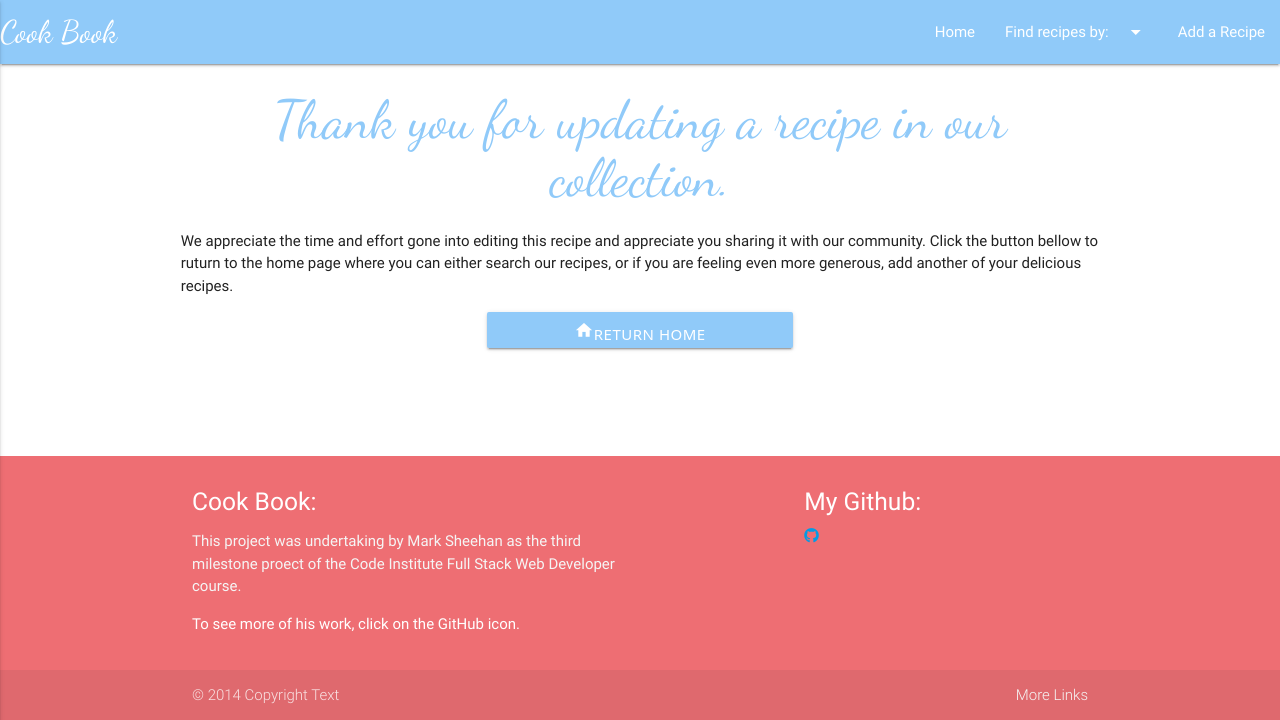
Repository: MarkSheehan72/milestone-project-3
Page: http://localhost/thanks_update
The author's editor kept a record of every edit. The page is drawn from the files as they stood at one moment, then again after the next edit.
The browser window is 1280 px wide. The pictures show the whole page.
Some web fonts or font styles are not loaded; a fallback is used. Some web libraries are served in a nearby version. The page is served by the project's application, run on Flask 3 (app.py).

Above is the page before.

### templates/thanks_update.html
{% extends 'base.html' %} {% block content%}


<!--Thanks you (update) page:-->
<!--Users are sent to this page after they edit a recipe.-->
<!--This gives users assured feedback that their recipe has been edited.-->

<div class="row">
    <h2 class="center-align title-font center blue-text text-lighten-3">Thank you for updating a recipe in our collection.</h2>
    <p class="center_align">We appreciate the time and effort gone into editing this recipe and appreciate you sharing it with our community. Click the button
    bellow to ruturn to the home page where you can either search our recipes, or if you are feeling even more generous, add another of your
    delicious recipes.</p>
    <a href="{{url_for('index')}}" class="waves-effect waves-light btn blue lighten-3 standard-font hoverable col s12 m4 offset-m4"><i class="material-icons">home</i>Return Home</a>
</div>




{% endblock %}

### templates/base.html
<!DOCTYPE html>
<html lang="en">

<head>
    <meta charset="UTF-8">
    <meta name="viewport" content="width=device-width, initial-scale=1.0">
    <meta http-equiv="X-UA-Compatible" content="ie=edge">
    <title>Cookbook</title>

    <link href="https://fonts.googleapis.com/icon?family=Material+Icons" rel="stylesheet">
    <link rel="stylesheet" href="https://cdnjs.cloudflare.com/ajax/libs/materialize/0.100.2/css/materialize.min.css">
    <link rel="stylesheet" href="https://cdnjs.cloudflare.com/ajax/libs/font-awesome/5.9.0/css/all.min.css"/>
    <link href="https://fonts.googleapis.com/css?family=Dancing+Script|Source+Serif+Pro&display=swap" rel="stylesheet">
    <link rel="stylesheet" href="{{url_for('static', filename='css/style.css')}}" type="text/css" />

</head>

<body>

<!--Navbar:-->
<!--Split into the normal and mobile versions.-->
    <header>
        <ul id="dropdown1" class="dropdown-content">
            <li><a href="{{url_for('search_recipe_title')}}">Recipe Title</a></li>
            <li class="divider"></li>
            <li><a href="{{url_for('search_cuisine')}}">Cuisine</a></li>
            <li class="divider"></li>
            <li><a href="{{url_for('search_ingredient')}}">Ingredients</a></li>
            <li class="divider"></li>
            <li><a href="{{url_for('search_username')}}">Your Username</a></li>
        </ul>
        <nav>
            <div class="nav-wrapper blue lighten-3">
                <a href="{{url_for('index')}}" class="brand-logo title-font">Cook Book</a>
                <a href="#" data-activates="mobile-demo" class="button-collapse"><i class="material-icons">menu</i></a>
                <ul id="nav-mobile" class="right hide-on-med-and-down">
                    <li><a href="{{url_for('index')}}">Home</a></li>
                    <li><a class="dropdown-button" href="#!" data-beloworigin="true" data-activates="dropdown1">Find recipes by:<i class="material-icons right">arrow_drop_down</i></a></li>
                    <li><a href="{{url_for('add_recipe')}}">Add a Recipe</a></li>
                </ul>
                <ul class="side-nav" id="mobile-demo">
                    <li><a href="{{url_for('index')}}">Home</a></li>
                    <li><a href="{{url_for('get_recipes')}}">Find a Recipe</a></li>
                    <li><a href="{{url_for('add_recipe')}}">Add a Recipe</a></li>
                </ul>
            </div>
        </nav>
    </header>

<!--Block content:-->
<!--Div for the block content extended from other pages.-->
    <main>
        <div class="container">
            {% block content %} {% endblock %}

        </div>
    </main>

    <footer class="page-footer">
        <div class="container">
            <div class="row">
                <div class="col l6 s12">
                    <h5 class="white-text">Cook Book:</h5>
                    <p class="grey-text text-lighten-4">This project was undertaking by Mark Sheehan as the third milestone proect of the Code Institute Full Stack Web Developer course.</p>
                    <p>To see more of his work, click on the GitHub icon.</p>
                </div>
                <div class="col l4 offset-l2 s12">
                    <h5 class="white-text">My Github:</h5>
                    <a href="https://github.com/MarkSheehan72"><i class="fab fa-github"></i></a>
                </div>
            </div>
        </div>
        <div class="footer-copyright">
            <div class="container">
                © 2014 Copyright Text
                <a class="grey-text text-lighten-4 right" href="#!">More Links</a>
            </div>
        </div>
    </footer>

<!--Javascript/JQuery content:-->
<!--Linked Javascript content and JQuery functions from Materialize.-->
    <script src="https://cdnjs.cloudflare.com/ajax/libs/jquery/3.2.1/jquery.min.js"></script>
    <script src="https://cdnjs.cloudflare.com/ajax/libs/materialize/0.100.2/js/materialize.min.js"></script>
    <script type="text/javascript">
        $(document).ready(function() {
            $('.collapsible').collapsible();
            $(".button-collapse").sideNav();
            $(".dropdown-button").dropdown({ hover: true });
            $('.modal').modal();
            $('.parallax').parallax();
        });
    </script>

</body>

</html>

### app.py
import os
from flask import Flask, render_template, redirect, request, url_for
from flask_pymongo import PyMongo
from bson.objectid import ObjectId
from itertools import islice

app = Flask(__name__)

app.config["MONGO_DBNAME"] = 'cook_book'
app.config["MONGO_URI"] = 'mongodb+srv://root:r00tUser@myfirstcluster-chhcw.mongodb.net/cook_book?retryWrites=true&w=majority'

mongo = PyMongo(app)


#////////////////////////////////////////////////# Home Page
@app.route('/')
@app.route('/index')
def index():
    recipes=mongo.db.recipes.find().sort("views", -1)
    return render_template("index.html", recipes=recipes)


#////////////////////////////////////////////////# Add recipe page
@app.route('/add_recipe')
def add_recipe():
    recipes=mongo.db.recipes.find()
    categories=mongo.db.categories.find()
    return render_template("addrecipe.html", recipes=recipes, categories=categories)


#////////////////////////////////////////////////# Function for inserting a recipe as a document in MongoDB. Once a user has added a recipe,
#////////////////////////////////////////////////# they will be redirecte to thanks.html, which is just a confirmation for the viewer that they
#////////////////////////////////////////////////# have successfully added a recipe to the app.
@app.route('/insert_recipe', methods=['POST'])
def insert_recipe():
    recipes = mongo.db.recipes
    recipes.insert(
    {
        'recipe_title': request.form.get('recipe_title').lower(),
        'recipe_description': request.form.get('recipe_description').lower(),
        'recipe_cuisine': request.form.get('recipe_cuisine').lower(),
        'user':
            {'name': request.form.get('user_name').lower(),
            'country': request.form.get('user_country').lower()},
        'ingredients':
            [
                {
                        'name': request.form.get('ingredient_name_1').lower(),
                        'amount': request.form.get('ingredient_amount_1').lower(),
                        'allergen': request.form.get('ingredient_allergen_1').lower()
                },
                {
                        'name': request.form.get('ingredient_name_2').lower(),
                        'amount': request.form.get('ingredient_amount_2').lower(),
                        'allergen': request.form.get('ingredient_allergen_2').lower()
                },
                {
                        'name': request.form.get('ingredient_name_3').lower(),
                        'amount': request.form.get('ingredient_amount_3').lower(),
                        'allergen': request.form.get('ingredient_allergen_3').lower()
                },
                {
                        'name': request.form.get('ingredient_name_4').lower(),
                        'amount': request.form.get('ingredient_amount_4').lower(),
                        'allergen': request.form.get('ingredient_allergen_4').lower()
                },
                {
                        'name': request.form.get('ingredient_name_5').lower(),
                        'amount': request.form.get('ingredient_amount_5').lower(),
                        'allergen': request.form.get('ingredient_allergen_5').lower()
                },
                {
                        'name': request.form.get('ingredient_name_6').lower(),
                        'amount': request.form.get('ingredient_amount_6').lower(),
                        'allergen': request.form.get('ingredient_allergen_6').lower()
                },
                {
                        'name': request.form.get('ingredient_name_7').lower(),
                        'amount': request.form.get('ingredient_amount_7').lower(),
                        'allergen': request.form.get('ingredient_allergen_7').lower()
                },
                {
                        'name': request.form.get('ingredient_name_8').lower(),
                        'amount': request.form.get('ingredient_amount_8').lower(),
                        'allergen': request.form.get('ingredient_allergen_8').lower()
                },
                {
                        'name': request.form.get('ingredient_name_9').lower(),
                        'amount': request.form.get('ingredient_amount_9').lower(),
                        'allergen': request.form.get('ingredient_allergen_9').lower()
                },
                {
                        'name': request.form.get('ingredient_name_10').lower(),
                        'amount': request.form.get('ingredient_amount_10').lower(),
                        'allergen': request.form.get('ingredient_allergen_10').lower()
                }
            ],
        'method': request.form.getlist('recipe_method'),
        'image': request.form.get('image')
    })
    return redirect(url_for('thanks'))


#////////////////////////////////////////////////Thank you page - users are sent to this page after they submit a recipe.
#////////////////////////////////////////////////This gives users assured feedback that their recipe has been added.
@app.route('/thanks')
def thanks():
    return render_template("thanks.html")


#////////////////////////////////////////////////Page linked from pressing the "Find Recipe" button on index.html.
#////////////////////////////////////////////////Also linked from the "Find Recipes" option in the mobile side nav.
@app.route('/get_recipes')
def get_recipes():
    recipes=mongo.db.recipes.find()
    categories=mongo.db.categories.find()
    return render_template("recipes.html", recipes=recipes, categories=categories)


# @app.route('/search_category/<category_id>')
# def search_category(category_id):
#     the_category = mongo.db.categories.find({'_id': ObjectId(category_id)})
#     all_categories = mongo.db.categories.find()
#     recipes=mongo.db.recipes.find()
#     return render_template("search_category.html", recipes=recipes, category=the_category, categories=all_categories)


# @app.route('/search_recipes/<category_id>', methods=['POST'])
# def search_recipes(category_id):
#     the_category = mongo.db.categories.find({'_id': ObjectId(category_id)})
#     all_categories = mongo.db.categories.find()
#     recipes=mongo.db.recipes.find()
#     search = request.form.get('search_recipes')
#     title_search = mongo.db.recipes.find({"recipe_title": {"$regex":search}})
#     cuisine_search = mongo.db.recipes.find({"recipe_cuisine": {"$regex":search}})
#     ingredients_search = mongo.db.recipes.find({"ingredients.name": {"$regex":search}})
#     return render_template("search_recipes.html", recipes=recipes, category=the_category, categories=all_categories, title_search=title_search, cuisine_search=cuisine_search, ingredients_search=ingredients_search)


#////////////////////////////////////////////////Search Views:
#////////////////////////////////////////////////The following views provide users with a search page for their desired search category,
#////////////////////////////////////////////////and the search results from those pages.

@app.route('/search_username')
def search_username():
    recipes=mongo.db.recipes.find()
    return render_template("search_username.html", recipes=recipes)


@app.route('/search_recipes_by_username', methods=['POST'])
def search_recipes_by_username():
    recipes=mongo.db.recipes.find()
    search = request.form.get('search_recipes_by_username').lower()
    username_search = mongo.db.recipes.find({"user.name": {"$regex":search}}).sort("views", -1)
    count = username_search.count()
    return render_template("search_recipes_by_username.html", recipes=recipes, username_search=username_search, count=count)


@app.route('/search_cuisine')
def search_cuisine():
    recipes=mongo.db.recipes.find()
    return render_template("search_cuisine.html", recipes=recipes)


@app.route('/search_recipes_by_cuisine', methods=['POST'])
def search_recipes_by_cuisine():
    recipes=mongo.db.recipes.find()
    search = request.form.get('search_recipes_by_cuisine').lower()
    cuisine_search = mongo.db.recipes.find({"recipe_cuisine": {"$regex":search}}).sort("views", -1)
    count = cuisine_search.count()
    return render_template("search_recipes_by_cuisine.html", recipes=recipes, cuisine_search=cuisine_search, count=count)


@app.route('/search_ingredient')
def search_ingredient():
    recipes=mongo.db.recipes.find()
    return render_template("search_ingredient.html", recipes=recipes)


@app.route('/search_recipes_by_ingredient', methods=['POST'])
def search_recipes_by_ingredient():
    recipes=mongo.db.recipes.find()
    search = request.form.get('search_recipes_by_ingredient').lower()
    ingredient_search = mongo.db.recipes.find({"ingredients.name": {"$regex":search}}).sort("views", -1)
    count = ingredient_search.count()
    return render_template("search_recipes_by_ingredient.html", recipes=recipes, ingredient_search=ingredient_search, count=count)


@app.route('/search_recipe_title')
def search_recipe_title():
    recipes=mongo.db.recipes.find()
    return render_template("search_recipe_title.html", recipes=recipes)


@app.route('/search_recipes_by_recipe_title', methods=['POST'])
def search_recipes_by_recipe_title():
    recipes=mongo.db.recipes.find()
    search = request.form.get('search_recipes_by_recipe_title').lower()
    recipe_title_search = mongo.db.recipes.find({"recipe_title": {"$regex":search}}).sort("views", -1)
    count = recipe_title_search.count()
    return render_template("search_recipes_by_recipe_title.html", recipes=recipes, recipe_title_search=recipe_title_search, count=count)


#////////////////////////////////////////////////The recipe view:
#////////////////////////////////////////////////The page for the particular recipe picked by the user.
@app.route('/the_recipe/<recipe_id>')
def the_recipe(recipe_id):
    the_recipe = mongo.db.recipes.find({'_id': ObjectId(recipe_id)})
    mongo.db.recipes.update({'_id': ObjectId(recipe_id)}, { '$inc': { 'views': 1 } })
    return render_template("the_recipe.html", recipe=the_recipe)


#////////////////////////////////////////////////Edit recipe view:
#////////////////////////////////////////////////Where users can edit the details of a selected recipe.
@app.route('/edit_recipe/<recipe_id>')
def edit_recipe(recipe_id):
    the_recipe = mongo.db.recipes.find_one({'_id': ObjectId(recipe_id)})
    return render_template('edit_recipe.html', recipe=the_recipe)

@app.route('/update_recipe/<recipe_id>', methods=['POST'])
def update_recipe(recipe_id):
    recipes = mongo.db.recipes

    #Get an array of each ingredient element:
    ingredients_name = request.form.getlist('ingredient_name')
    ingredients_amount = request.form.getlist('ingredient_amount')
    ingredients_allergen = request.form.getlist('ingredient_allergen')

    #Loops through each array and creates an object containing each ingredient's name, amount and allergen info.
    #Then appends this collection of objects to an array (ingredients_array):
    ingredients_array = []
    for name, amount, allergen in islice(zip(ingredients_name, ingredients_amount, ingredients_allergen), 0, None):
        temporary_object = {}
        temporary_object.update({'name': name.lower()})
        temporary_object.update({'amount': amount.lower()})
        temporary_object.update({'allergen': allergen.lower()})
        ingredients_array.append(temporary_object)

    #Updates the recipe fields:
    recipes.update( {'_id': ObjectId(recipe_id)},
    {
        'recipe_title': request.form.get('recipe_title').lower(),
        'recipe_description': request.form.get('recipe_description').lower(),
        'recipe_cuisine': request.form.get('recipe_cuisine').lower(),
        'user':
            {'name': request.form.get('user_name').lower(),
            'country': request.form.get('user_country').lower()},
        'ingredients': ingredients_array,
        'method': request.form.getlist('recipe_method'),
        'image': request.form.get('image')
    })
    return redirect(url_for('thanks_update'))


#////////////////////////////////////////////////Thank you (update) page - users are sent to this page after they edit a recipe.
#////////////////////////////////////////////////This gives users assured feedback that their recipe has been edited.
@app.route('/thanks_update')
def thanks_update():
    return render_template("thanks_update.html")


#////////////////////////////////////////////////Delete recipe view:
#////////////////////////////////////////////////Where users can delete a selected recipe.
@app.route('/delete_recipe/<recipe_id>')
def delete_recipe(recipe_id):
    recipes = mongo.db.recipes
    recipes.remove({'_id': ObjectId(recipe_id)})
    return redirect(url_for('index'))


if __name__ == '__main__':
    app.run(host=os.environ.get('IP'),
    port=int(os.environ.get('PORT')),
    debug=True)

### static/css/style.css
@import url('https://fonts.googleapis.com/css?family=Noto+Sans|Dancing+Script&display=swap');

body {
    display: flex;
    min-height: 100vh;
    flex-direction: column;
}

main {
    flex: 1 0 auto;
}

a {
    text-decoration: none;
}


/*Fonts*/

.title-font {
    font-family: 'Dancing Script', cursive;
}

.standard-font {
    font-family: 'Noto Sans', sans-serif;
}


/*Height for Parallax Container*/
.parallax-container {
    height: 400px;
    margin-top: 10px;
    }

/*.modal-footer {*/
/*    text-align: center;*/
/*}*/


/*i.material-icons {*/
/*    padding-right: 5px;*/
/*}*/


/*.small{*/
/*    height: 200px;*/
/*}*/


/*.small-recipe-card {*/
/*    min-height: 170px;*/
/*}*/


/*a {*/
/*    font-size: 16px;*/
/*}*/


/*#index-img {*/
/*    max-height: 210px;*/
/*    margin-bottom: 10px;*/
/*}*/

/*#get-recipes-img {*/
/*    max-height: 170px;*/
/*}*/

/*.get_recipes_card {*/
/*    height: 200px;*/
/*    background-image: url("https://www.goodfreephotos.com/cache/food/cooking-ingredients-with-avocado-mushrooms-eggs.jpg")*/
/*}*/

/*.fixeditem{*/
/*    display:block;*/
/*    width:100%;*/
/*    height:200px;*/
/*    background-image:url(https://images.pexels.com/photos/342019/pexels-photo-342019.jpeg?auto=compress&cs=tinysrgb&dpr=2&h=650&w=940);*/
/*    overflow:scroll;*/
/*    }*/


/*.card-panel {*/
/*    margin-right: 5px;*/
/*}*/

After the next edit:
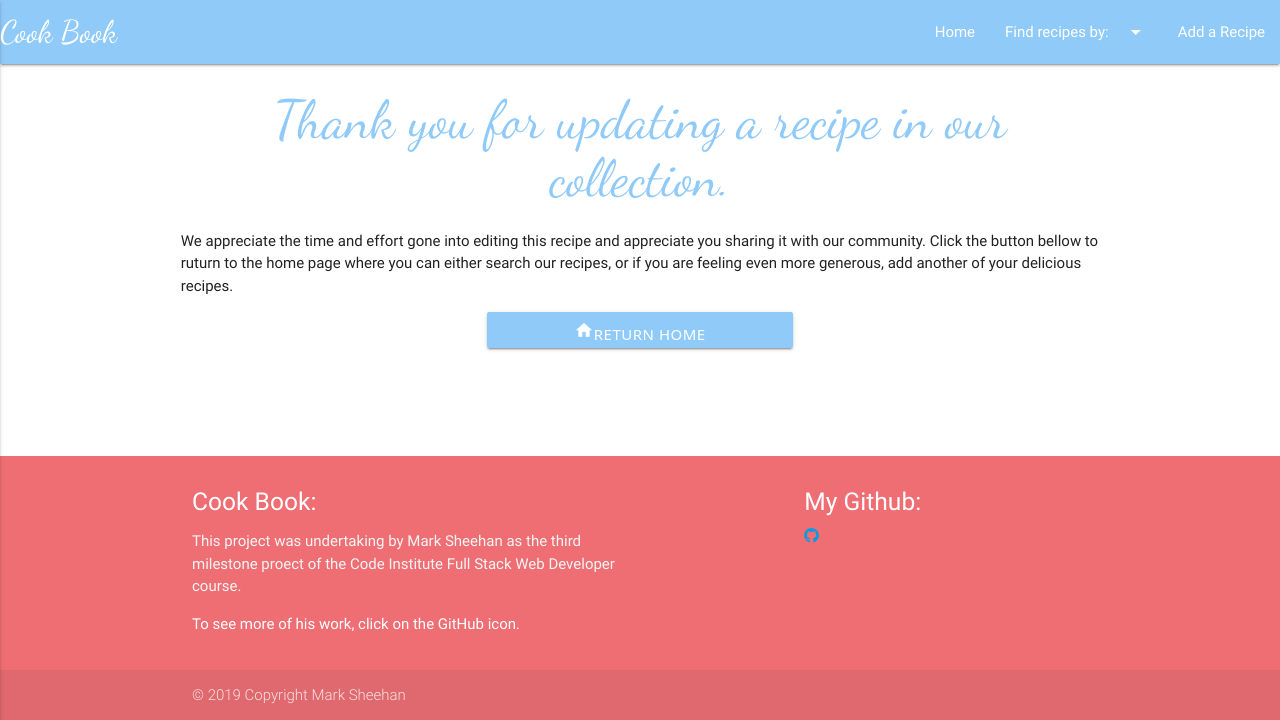
The edit:
--- a/templates/base.html
+++ b/templates/base.html
@@ -72,8 +72,7 @@
         </div>
         <div class="footer-copyright">
             <div class="container">
-                © 2014 Copyright Text
-                <a class="grey-text text-lighten-4 right" href="#!">More Links</a>
+                © 2019 Copyright Mark Sheehan
             </div>
         </div>
     </footer>
